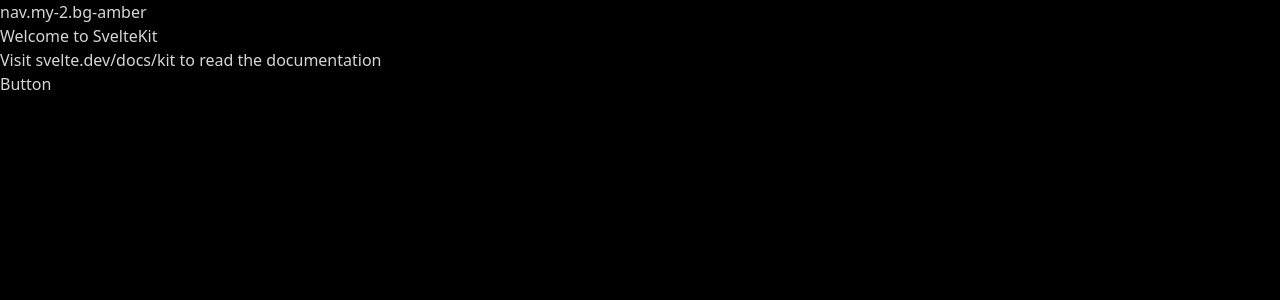
Repository: eyassud/notenow
Page: /
The author's editor kept a copy of each file at every save. The page is drawn from the files as they stood at one save, then again after a run of saves.
The browser window is 1280 px wide. The pictures show the whole page.
The project was rebuilt for these pictures with package versions that can differ from the ones it lists, and the page was loaded fresh each time. The framework's server and built-in components were replaced by stand-ins that run in the browser. Also part of the build but not shown: svelte.config.js, vite.config.ts.

Above is the page before, as saved 2025-12-11 12:23:22.

### src/routes/+layout.svelte
<script lang="ts">
	import './layout.css';
	import favicon from '$lib/assets/favicon.svg';

	let { children } = $props();
</script>

<svelte:head>
	<link rel="icon" href={favicon} />
</svelte:head>

nav.my-2.bg-amber
{@render children()}

### src/routes/(marketing)/+page.svelte
<script>
	import Button from '$components/button.svelte';
</script>

<h1>Welcome to SvelteKit</h1>
<p>Visit <a href="https://svelte.dev/docs/kit">svelte.dev/docs/kit</a> to read the documentation</p>

<Button />

### src/routes/layout.css
@import 'tailwindcss';
@plugin '@tailwindcss/forms';
@plugin '@tailwindcss/typography';
@plugin 'daisyui';

@plugin 'daisyui' {
	themes:
		light --preferswhite,
		black --default;
}

Loaded but not shown: src/app.html (common file); src/lib/components/button.svelte (common file)

After the next 2 saves:
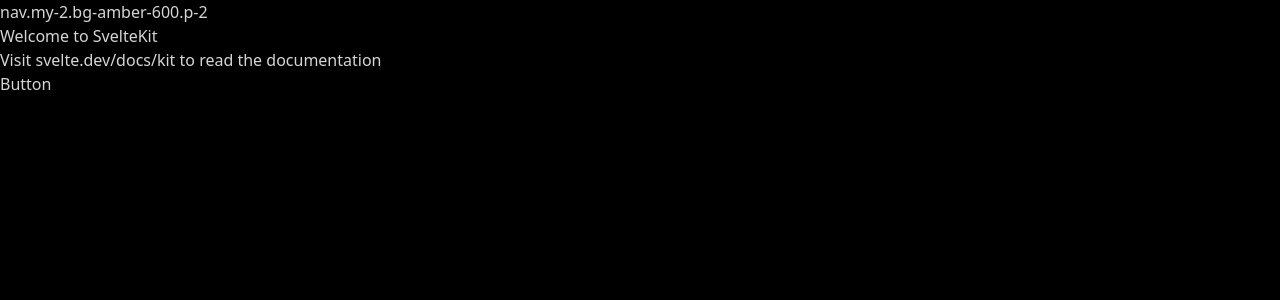
The 2 saves are shown as one change because they came seconds apart.
The last was saved 7 s later.
--- a/src/routes/+layout.svelte
+++ b/src/routes/+layout.svelte
@@ -9,5 +9,5 @@
 	<link rel="icon" href={favicon} />
 </svelte:head>
 
-nav.my-2.bg-amber
+nav.my-2.bg-amber-600.p-2
 {@render children()}
